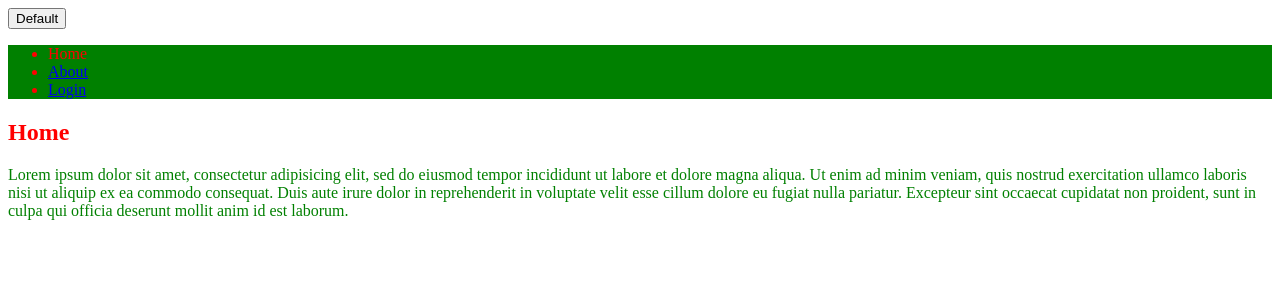
Repository: rileymeye1/ZTM
Page: project_files/index.html
An editor plug-in stored every save of this project. The page is shown before and after the next save, followed by the edit.
The browser window is 1280 px wide. The pictures show the whole page.

Above is the page before, as saved 2024-08-19 16:24:03.

After the next save:
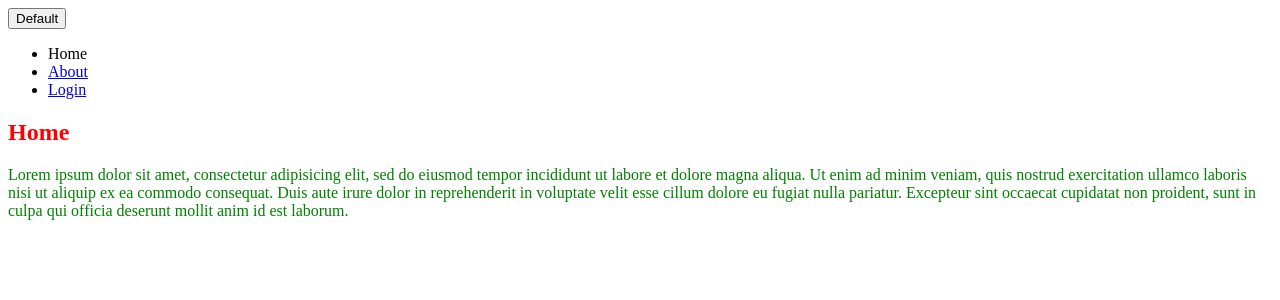
Saved 32 s later.
--- a/project_files/index.html
+++ b/project_files/index.html
@@ -4,10 +4,13 @@
 <head>
   <title>My first website!</title>
   <link rel="stylesheet" type="text/css" href="style.css">
+  <style>
+
+  </style>
 </head>
 <body>
   <button class="btn btn-primary">Default</button>
-  <header style="background-color: green; color: red;">
+  <header>
     <nav>
       <ul>
         <li>Home</li>
